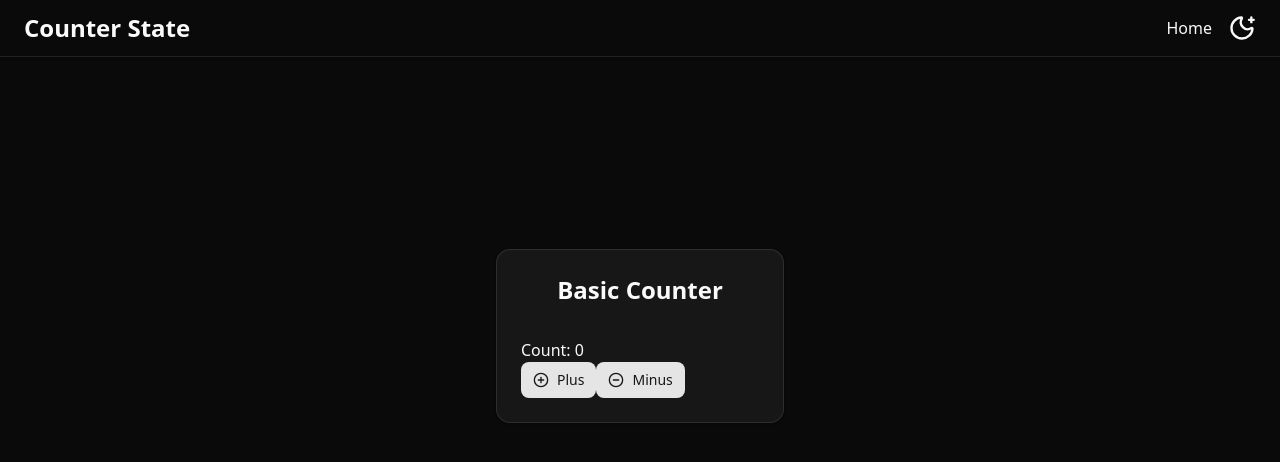
Repository: dev-piyushsarkar/counter-state-project
Page: /
These files come from the project's save history. The page is drawn as it stood at one moment and after the next save; the edit follows.
The browser window is 1280 px wide. The pictures show the whole page.
The project was rebuilt for these pictures with package versions that can differ from the ones it lists, and the page was loaded fresh each time. The framework's server and built-in components were replaced by stand-ins that run in the browser. Also part of the build but not shown: next.config.ts.

Above is the page before, as saved 2025-11-15 13:40:00.

After the next save:
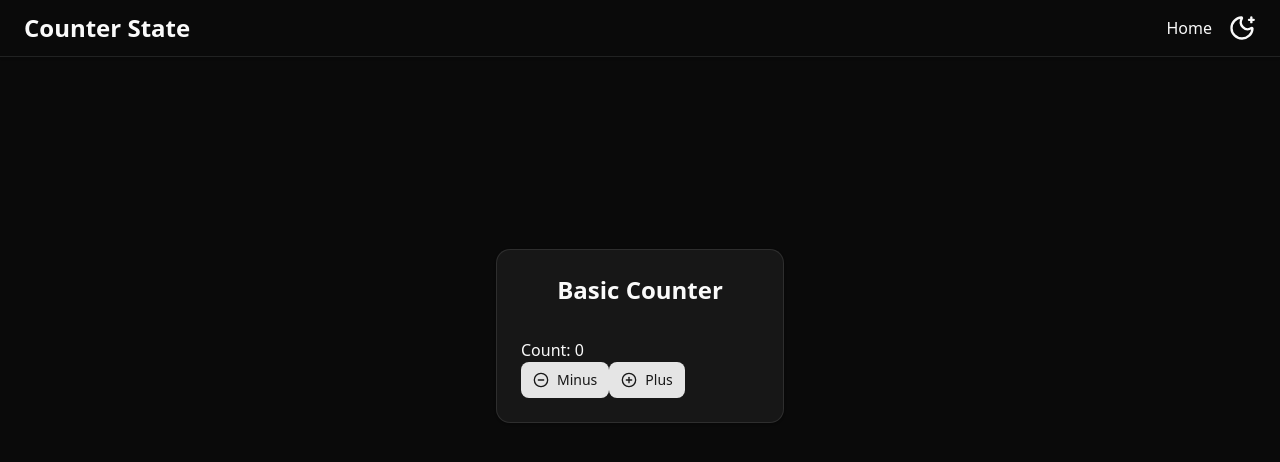
Saved 2 min 42 s later.
--- a/src/app/page.tsx
+++ b/src/app/page.tsx
@@ -26,10 +26,10 @@ const page = () => {
 					<div className="">Count: 0</div>
 					<div className="">
 						<Button>
-							<PlusCircleIcon /> Plus
+							<MinusCircle /> Minus
 						</Button>
 						<Button>
-							<MinusCircle /> Minus
+							<PlusCircleIcon /> Plus
 						</Button>
 					</div>
 				</CardContent>
